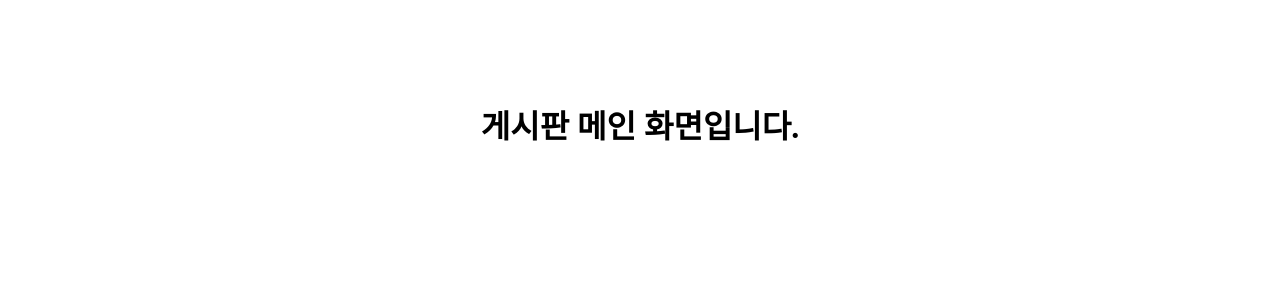
Repository: serim53/JSPStudy
Page: http://localhost/BoardWeb_JSP_/
These files come from the project's save history. The page is drawn as it stood at one moment and after a run of saves; the edit follows.
The browser window is 1280 px wide. The pictures show the whole page.
The page is served by Tomcat 10.

Above is the page before, as saved 2025-07-10 02:11:28.

After the next 2 saves:
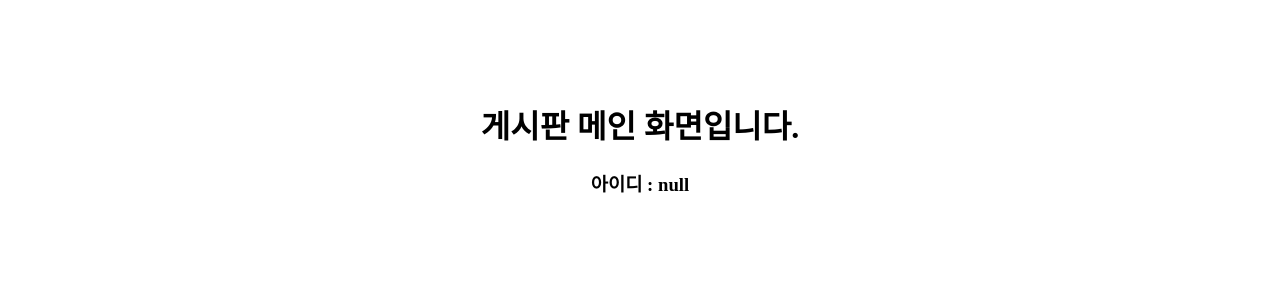
The 2 saves are shown as one change because they came seconds apart.
The last was saved 9 min 31 s later.
--- a/BoardWeb(JSP)/src/main/webapp/index.jsp
+++ b/BoardWeb(JSP)/src/main/webapp/index.jsp
@@ -11,6 +11,7 @@
 <%-- JSP 주석 --%>
 <br><br><br><br>
 <h1>게시판 메인 화면입니다.</h1>
+<h3>아이디 : <%= request.getParameter("id") %></h3>
 </center>
 </body>
 </html>
